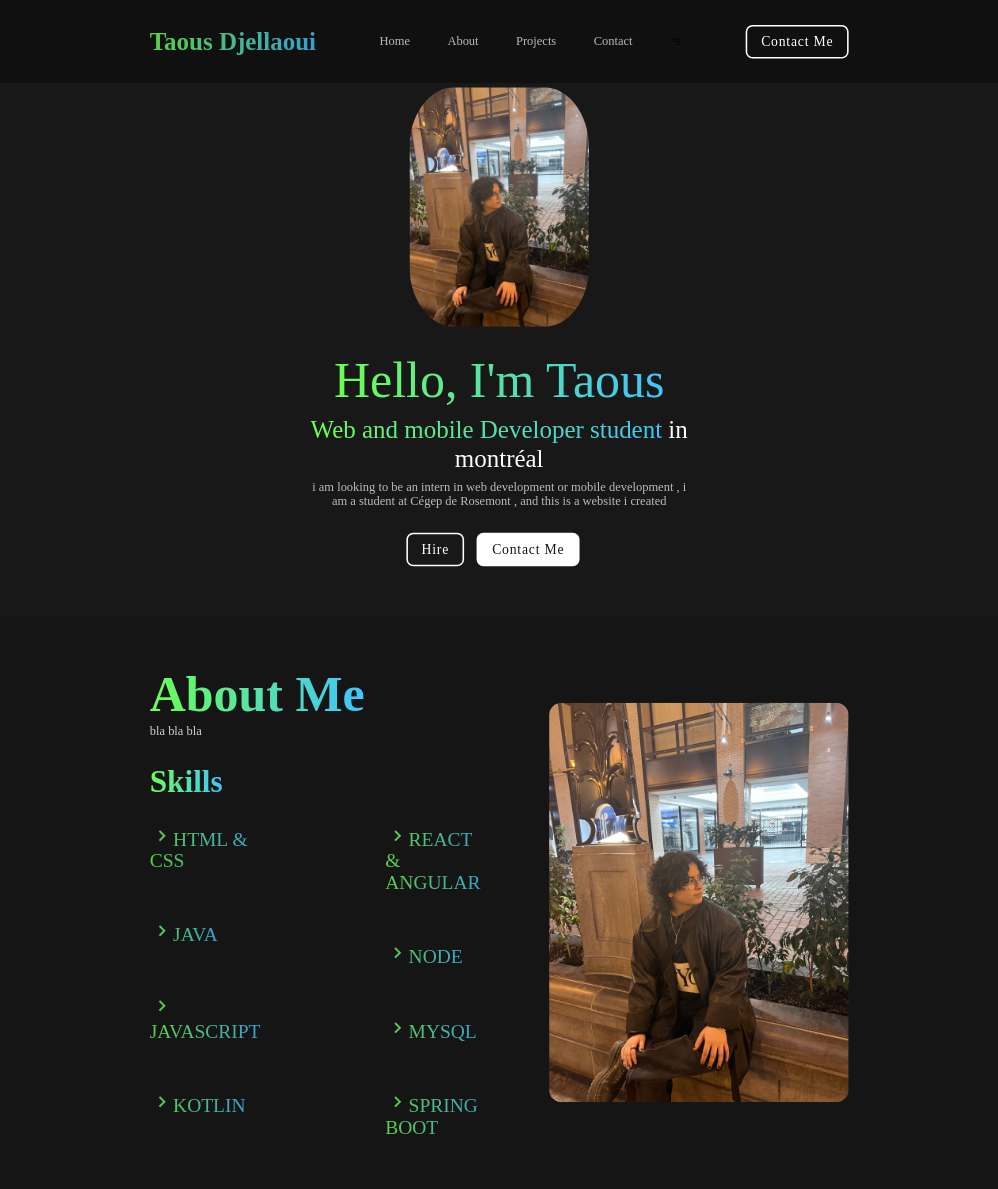
Repository: taousdjellaoui/portfolio-
Page: portfolio/index.html
The author's editor kept a copy of each file at every save. The page is drawn from the files as they stood at one save, then again after the next save.
The browser window is 1280 px wide. The pictures show the whole page, at 78% of full size.

Above is the page before, as saved 2024-09-23 22:23:48.

### portfolio/index.html
<!DOCTYPE html>
<html lang="en">
  <head>
    <meta charset="UTF-8" />
    <meta name="viewport" content="width=device-width, initial-scale=1.0" />
    <title>Portfolio Website</title>
    <link rel="stylesheet" href="style.css" />
    <link href='https://unpkg.com/boxicons@2.1.4/css/boxicons.min.css' rel='stylesheet'>
  </head>
  <body>
    <nav>
      <a href="#" class="logo"><span>Taous Djellaoui</span></a>
      <ul class="links">
        <a href="#home">Home</a>
        <a href="#about">About</a>
        <a href="#projects">Projects</a>
        <a href="#contact">Contact</a>
        <i class='bx bx-menu-alt-right' id="Menu"></i>
      </ul>
      <a href="#contact" class="btn">Contact Me</a>

    </nav>
    <section id="home">
      <img src="image.jpg" alt="">
      <div class="info-box">
        <h1><span>Hello, I'm Taous</span></h1>
        <h3><span>Web and mobile Developer student</span> in montréal</h3>
        <p>i am looking to be an intern in web development or mobile development , i am a student
           at Cégep de Rosemont , and this is a website i created  </p>
      </div>
      <div class="btn-box">
        <div class="btn">Hire</div>
        <div class="btn">Contact Me</div>
        <div></div>

      </div>
    </section>

    <section id="about">
      <div class="about-box">
        <div class="about-info">
          <h1><span>About Me</span></h1>
          <p>bla bla bla </p>

        </div>
        <h2><span>Skills</span></h2>
        <div class="skills">
          <ul>
            <li>
              <span><i class='bx bx-chevron-right' ></i>HTML & CSS</span>
            </li>
            <li>
              <span><i class='bx bx-chevron-right' ></i>JAVA</span>
            </li>
            <li>
              <span><i class='bx bx-chevron-right' ></i>JAVASCRIPT</span>
            </li>
            <li>
              <span><i class='bx bx-chevron-right' ></i>KOTLIN</span>
            </li>
          </ul>
          <ul>
            <li>
              <span><i class='bx bx-chevron-right' ></i>REACT & ANGULAR</span>
            </li>
            <li>
              <span><i class='bx bx-chevron-right' ></i>NODE</span>
            </li>
            <li>
              <span><i class='bx bx-chevron-right' ></i>MYSQL</span>
            </li>
            <li>
              <span><i class='bx bx-chevron-right' ></i>SPRING BOOT</span>
            </li>
          </ul>
        </div>

      </div>
      <img src="image.jpg" alt="">
    </section>


    <script src="script.js"></script>
  </body>
</html>

### portfolio/style.css
* {
  margin: 0;
  padding: 0;
  box-sizing: border-box;
  text-decoration: none;
  list-style: none;
  scroll-behavior: smooth;
  font-family: "Poppins";
}
:root {
  --background: rgb(24, 24, 24);
  --second-background: rgb(21, 21, 21);
}
body{
  min-height: 100vh;
  background-color: var(--background);
}
nav{
position:fixed;
top:0;
width: 100%;
padding: 2em 15%;
display: flex;
align-items: center;
justify-content: space-between;
background-color:rgba(15,15,15,0.8);
backdrop-filter: blur(10px);
z-index: 1000;
}
ul{
  display:flex;
  align-items: center;
  gap: 3em;

}
nav ul a{
  color: white;
  opacity: 0.7;
  transition:0.2s ease-in-out;
}
nav ul a:hover{
  opacity: 1;

}
.logo{
  font-size:2em;
  color: white;
  font-weight: 800;
  opacity: 0.8;
  transition: 0.2s ease-in-out;

}
.logo:hover{
  opacity: 1;
}
.btn{
  padding : 0.5em 1em;
  color : white;
  font-weight: 500;
  letter-spacing:1px ;
  border-radius: 0.5em;
  font-size: 1.1em;
  border: 2px solid white;
  cursor: pointer;
  transition: 0.3s ease-in-out;

}
.btn:hover{
  background-color: white;
  color: var(--background);

}
span{
  background: linear-gradient(to right,#6cff52,#3ec5ff);
  background-clip: text;
  color:transparent;
}
#menu{
  color:white;
  font-size:3em;
  display:none;
}
section{
  min-height: 100vh;
  padding: 5% 15%;
}
#home{
display: flex;
flex-direction: column;
align-items:center;
justify-content: center;
gap:2em;
color:white;

}
#home img{
width:18vw;
border-radius: 25%;
margin-top: 3em;

}
.info-box{
  display: flex;
  flex-direction: column;
  text-align: center;
  gap: 0.5em;
  max-width: 500px;

}
.info-box h1{
  font-size:4em;
  font-weight: 500;
}
.info-box h3{
  font-size:2em;
  font-weight: 400;
}
.info-box p{
 opacity:0.7;
}
.btn-box{
  display: flex;
  gap: 1em;
}
.btn-box .btn:nth-of-type(2){
  background-color:white;
  color: var(--background)
}
.btn-box .btn:nth-of-type(2):hover{
  background-color: var(--background);
  color:white;

}
::-webkit-scrollbar{
  width: 20px;
  background-color: var(--background);
}
::-webkit-scrollbar-thumb{
  background: linear-gradient(to bottom,#788077,#a8b2b7);

}
#about{
  background-color: var(--second-background);
  display: flex;
  align-items:center;
  justify-content: center;
  gap: 5em;

}
#about img{
  width: 30vw;
  border-radius:1em;

}
.about-box{
  display:flex;
  flex-direction: column;
  text-align: left;
  gap: 2em;
}
.about-box h1{
  font-size: 4em;
}
.about-box p{
color:white;
opacity:0.8;
}
.skills{
  display:flex;
  text-align: left;
  gap: 10em;

}
.skills ul{
  font-size: 1.3em;
  font-weight: 500;
  display:flex;
  flex-direction: column;
  color:white;
  opacity:0.8;
  align-items: baseline;
}
.skills ul li{
  display: flex;
  gap : 0.5em;
   font-size: 1.2em;
   transition:0.3s ease-in-out;
}
.skills ul li:hover{
  transform: translateX(10px);
}
.skills ul li i{
 font-size:1.2em;

}
.about-box h2{
  font-size: 2.5em;
}

Loaded but not shown: portfolio/script.js (no stored copy; drawn as an empty file)

After the next save:
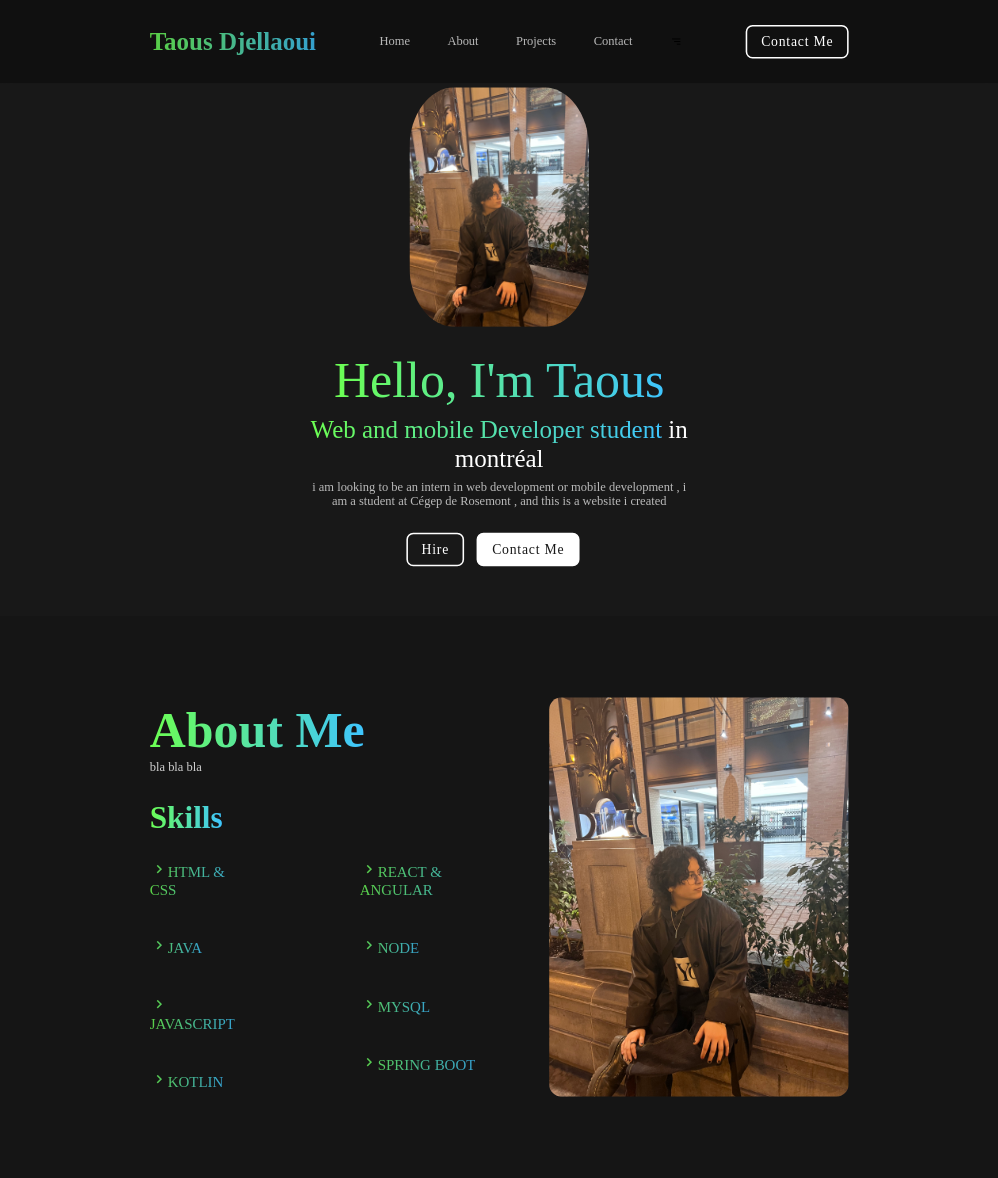
Saved 24 s later.
--- a/portfolio/style.css
+++ b/portfolio/style.css
@@ -172,7 +172,7 @@ opacity:0.8;
 
 }
 .skills ul{
-  font-size: 1.3em;
+  font-size: 1em;
   font-weight: 500;
   display:flex;
   flex-direction: column;
